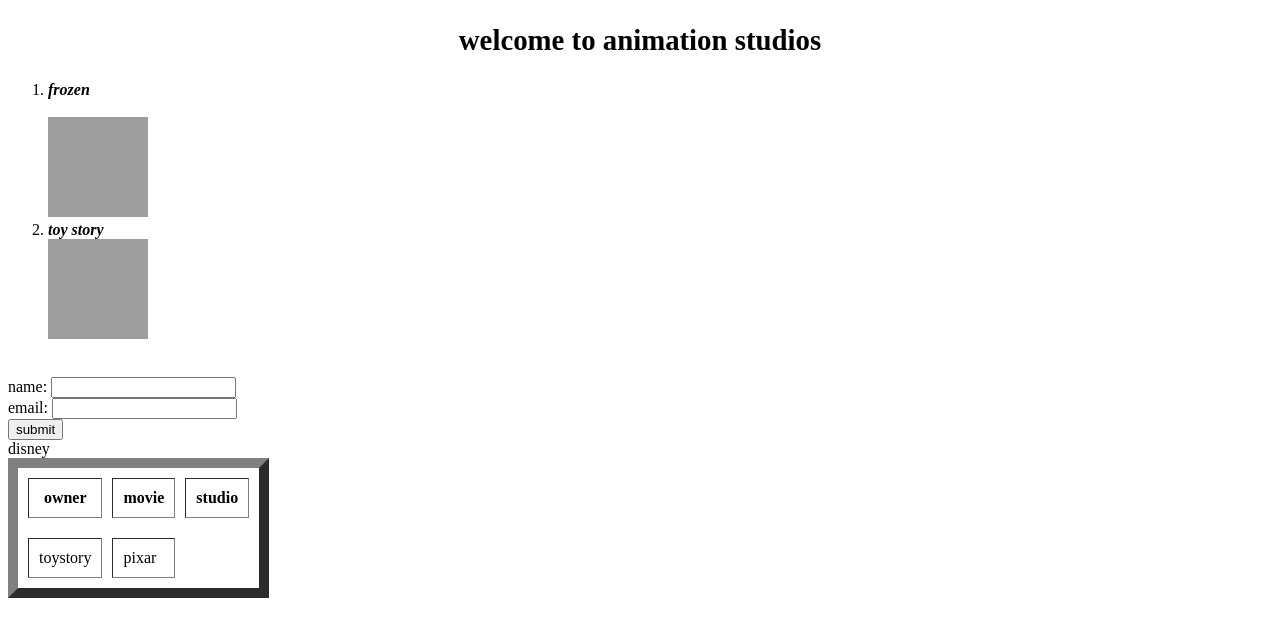
Repository: Rock-ass/New-folder--2-
Page: index.html
These files come from the project's save history. The page is drawn as it stood at one moment and after the next save; the edit follows.
The browser window is 1280 px wide. The pictures show the whole page.
Pictures or frames that could not be fetched are drawn as grey boxes.

Above is the page before, as saved 2021-12-24 21:42:15.

### index.html
<!DOCTYPE html>
<html lang="en">
    <html>
<head>
<meta charset="UTF-8">
<meta name="viewport" content="width=device-width, initial-scale=1.0">
<meta name= disney content="disney fan club">
<title> disney</title>
</head>
<body>
   <main>
   <section>
<big><h1 style="text-align: center;">welcome to animation studios</h1></big>

<ol>
<li>
   <strong><i>frozen</i></strong>

</li>
<br>
<img id:"img1"  src ="https://i.pinimg.com/originals/57/70/b2/5770b24cdb30423f5d6070719b9b01fb.jpg"  width="100" height="100" alt="frozen">
<style>
    img1{



    }

</style>
<br>

<li>
    <strong> <i>toy story</i> </strong>
    <br>
    <img id:"img2"  src ="https://m.media-amazon.com/images/M/MV5BMTgxOTY4Mjc0MF5BMl5BanBnXkFtZTcwNTA4MDQyMw@@._V1_FMjpg_UX1000_.jpg"  width="100" height="100" alt="frozen">
    <style>
        img2{



        }

    </style>
</li>
<br>






</ol>
<form action="results.html" method="get">
    <div>
        <label for="name">
            name:
<input type="name" id="name" required >
</label>
</div>
<div>
    <label for="email">email:
<input type="email" id="email" required >
<div>
<input type="submit" value="submit" required>
</div>
</label>
</div>

</form>

   </section>
<table cellpadding=10 border=10 cellspacing=10>
<tr>
    <th>owner</th>
<th>
    movie
</th>
<th>
   studio
</th>

<tr aria-colspan="2">
    disney
</tr>
</tr>
<tr>
<td>toystory</td>
<td>pixar</td>






</tr>








</table>







   </main>






</body>





















    </html>

After the next save:
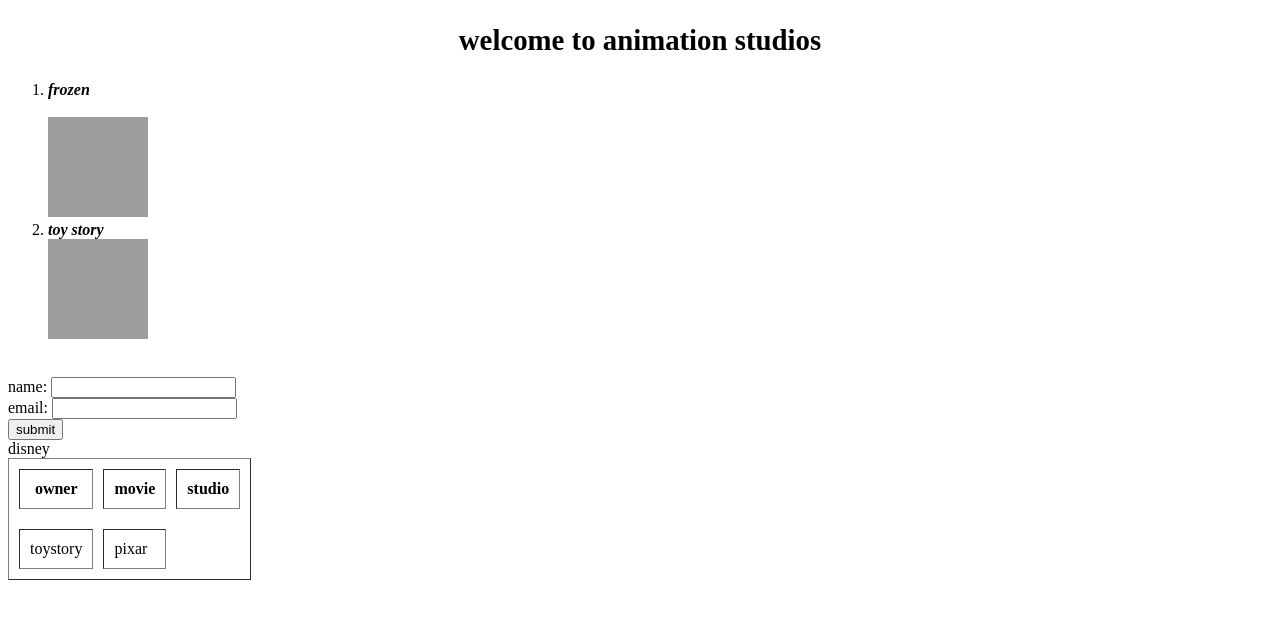
Saved 18 s later.
--- a/index.html
+++ b/index.html
@@ -69,7 +69,7 @@
 </form>
 
    </section>
-<table cellpadding=10 border=10 cellspacing=10>
+<table cellpadding=10 border=1 cellspacing=10>
 <tr>
     <th>owner</th>
 <th>
